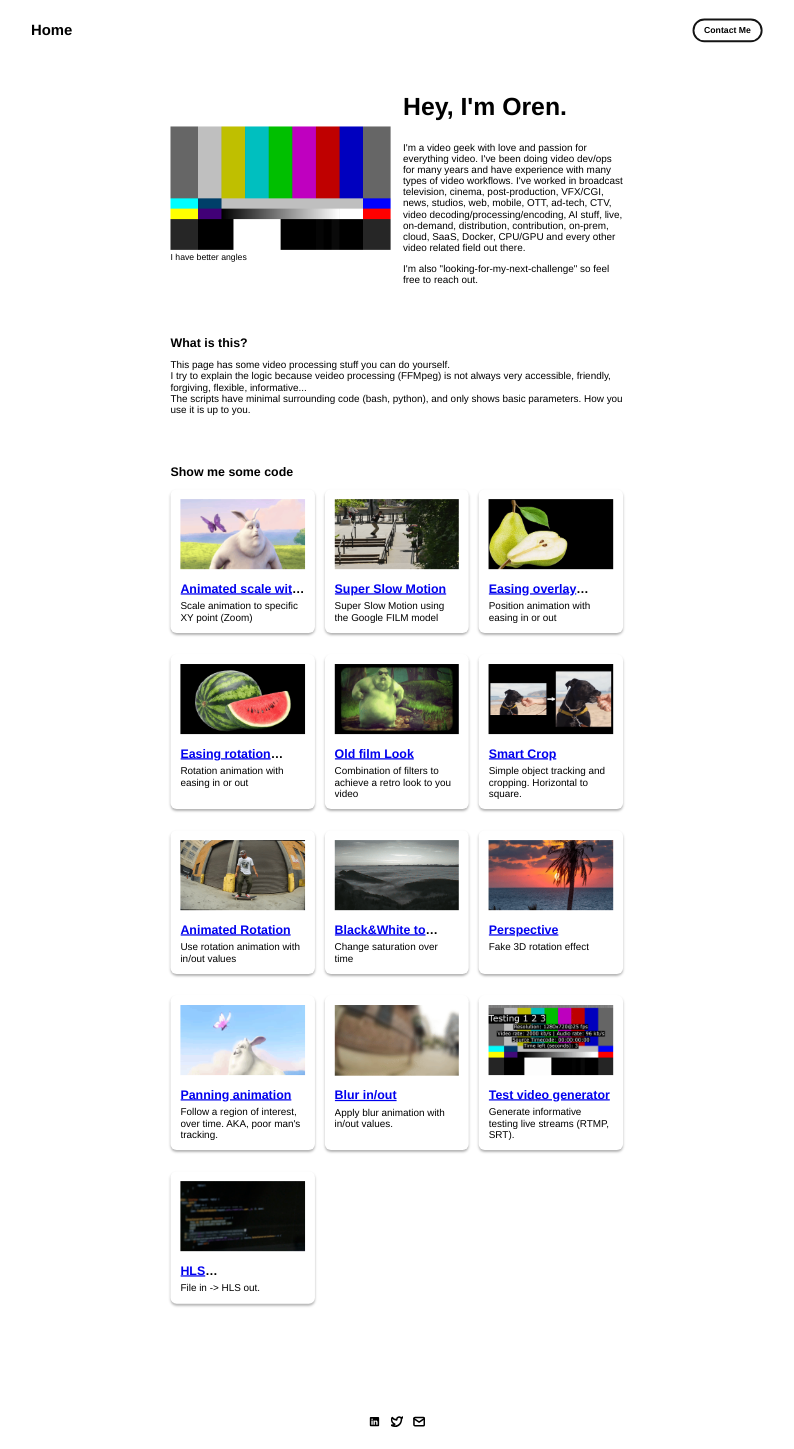
Repository: OrenShalmy/orenshalmy.github.io
Page: index.html
These files come from the project's save history. The page is drawn as it stood at one moment and after the next save; the edit follows.
The browser window is 1280 px wide. The pictures show the whole page, at 62% of full size.

Above is the page before, as saved 2024-09-16 16:05:50.

After the next save:
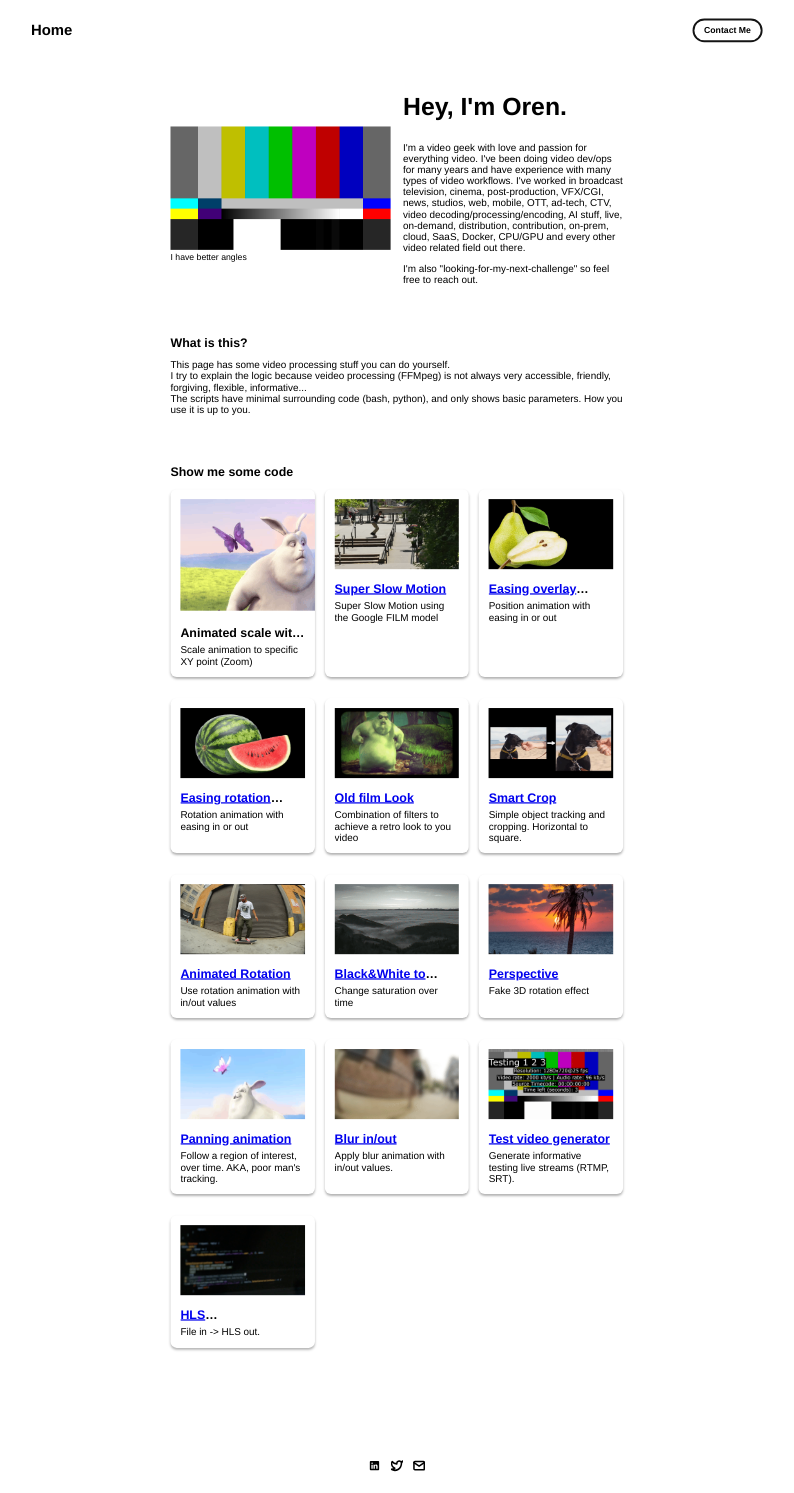
Saved 64 s later.
--- a/index.html
+++ b/index.html
@@ -64,10 +64,20 @@
 
         <div class="projects-container">
 
-          <div class="project-card">
+          <!-- <div class="project-card">
             <img src="assets/media/anim-scale.gif">
             <div class="project-card-text-container">
               <div class="subheader-text project-title"><a href="project-pages/animscale.html">Animated scale with zooming</a></div>
+              <div class="body-text project-card-text">Scale animation to specific XY point (Zoom)</div>
+            </div>
+          </div> -->
+
+          <div class="project-card">
+            <a href="project-pages/animscale.html">
+              <img src="assets/media/anim-scale.gif">
+            </a>
+            <div class="project-card-text-container">
+              <div class="subheader-text project-title">Animated scale with zooming</div>
               <div class="body-text project-card-text">Scale animation to specific XY point (Zoom)</div>
             </div>
           </div>

After the save that followed:
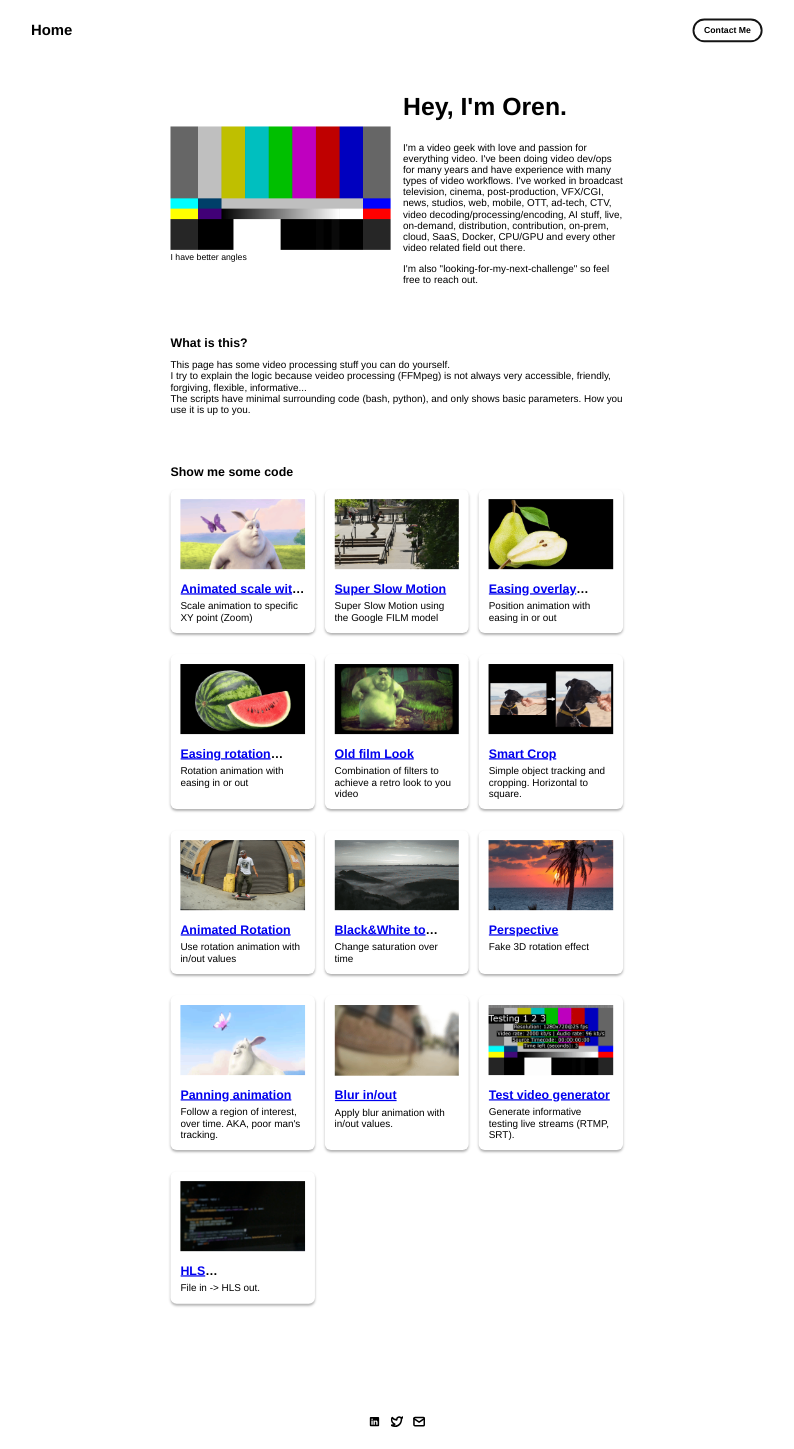
Saved 25 s later.
--- a/index.html
+++ b/index.html
@@ -64,20 +64,10 @@
 
         <div class="projects-container">
 
-          <!-- <div class="project-card">
+          <div class="project-card">
             <img src="assets/media/anim-scale.gif">
             <div class="project-card-text-container">
               <div class="subheader-text project-title"><a href="project-pages/animscale.html">Animated scale with zooming</a></div>
-              <div class="body-text project-card-text">Scale animation to specific XY point (Zoom)</div>
-            </div>
-          </div> -->
-
-          <div class="project-card">
-            <a href="project-pages/animscale.html">
-              <img src="assets/media/anim-scale.gif">
-            </a>
-            <div class="project-card-text-container">
-              <div class="subheader-text project-title">Animated scale with zooming</div>
               <div class="body-text project-card-text">Scale animation to specific XY point (Zoom)</div>
             </div>
           </div>
